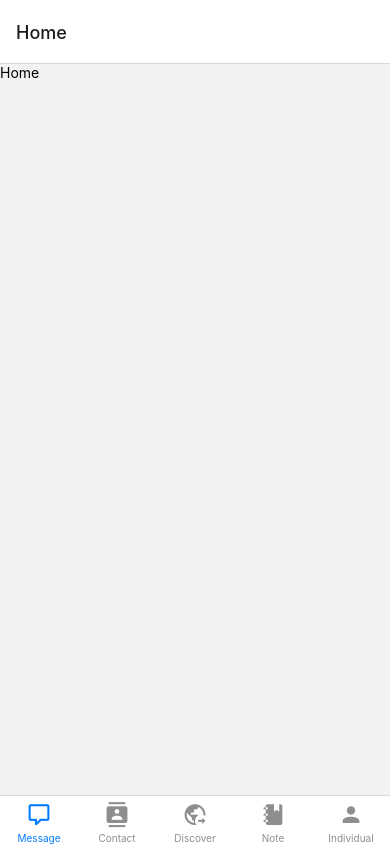
Repository: dinhtq-47/react-native
Screen: /
The author's editor kept a copy of each file at every save. The screen is drawn from the files as they stood at one save, then again after the next save.
The app was drawn by React Native's web renderer in a window 390 px wide. The project was rebuilt for these pictures with package versions that can differ from the ones it lists, and the page was loaded fresh each time. Also part of the build but not shown: screens/Contact.js, screens/Discover.js, screens/Note.js, screens/Individual.js.

Above is the screen before, as saved 2022-02-16 18:12:05.

After the next save:
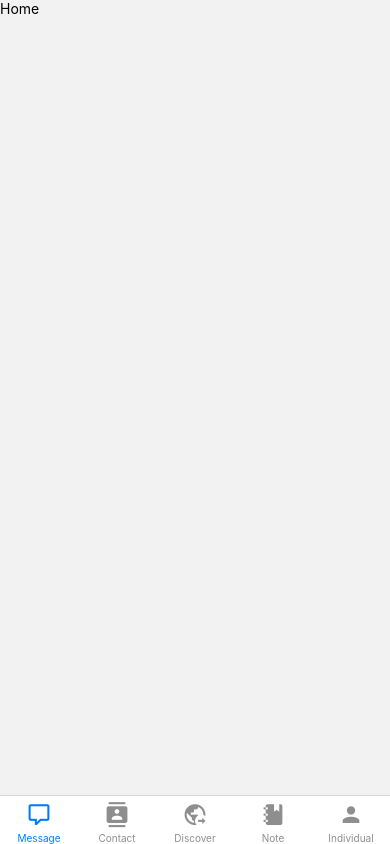
Saved 68 s later.
--- a/navigations/Home.js
+++ b/navigations/Home.js
@@ -10,7 +10,11 @@ const Tab = createBottomTabNavigator();
 
 const HomeTab = () => {
   return (
-    <Tab.Navigator>
+    <Tab.Navigator
+      screenOptions={{
+        headerShown: false,
+      }}
+    >
       <Tab.Screen
         name="Home"
         component={Home}
